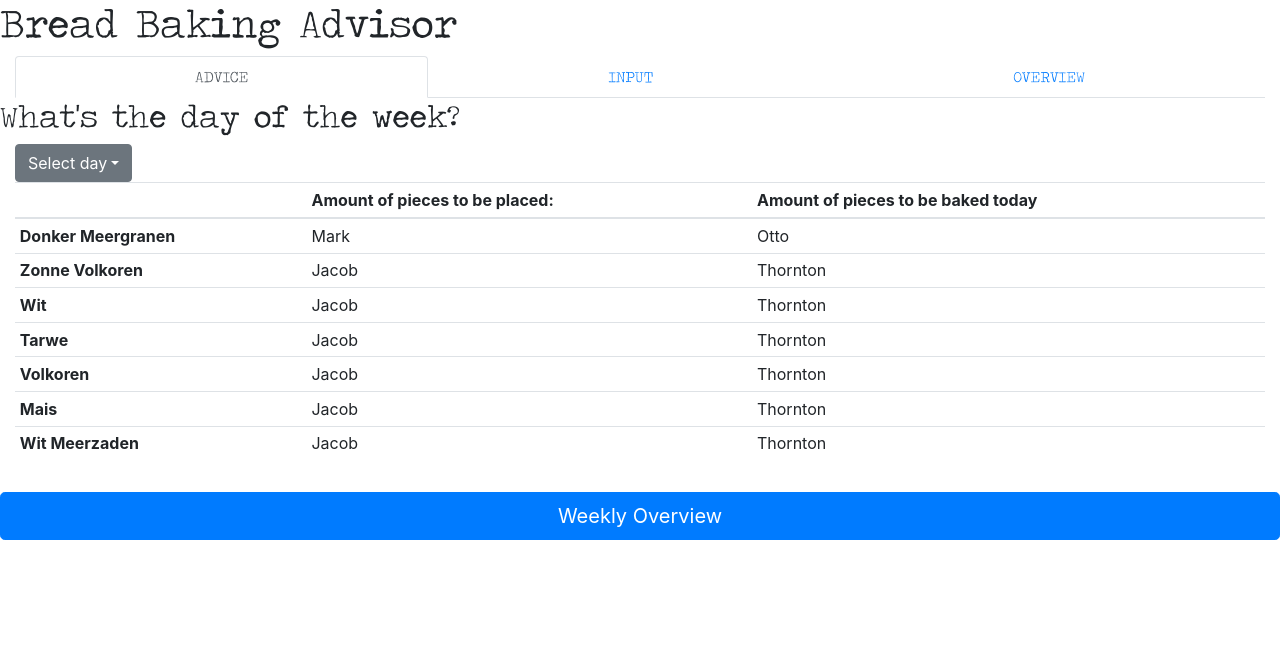
Repository: MarthGimenzo/bread-baking-advisor
Page: index.html
The author's editor kept a record of every edit. The page is drawn from the files as they stood at one moment, then again after the next edit.
The browser window is 1280 px wide. The pictures show the whole page.

Above is the page before.

After the next edit:
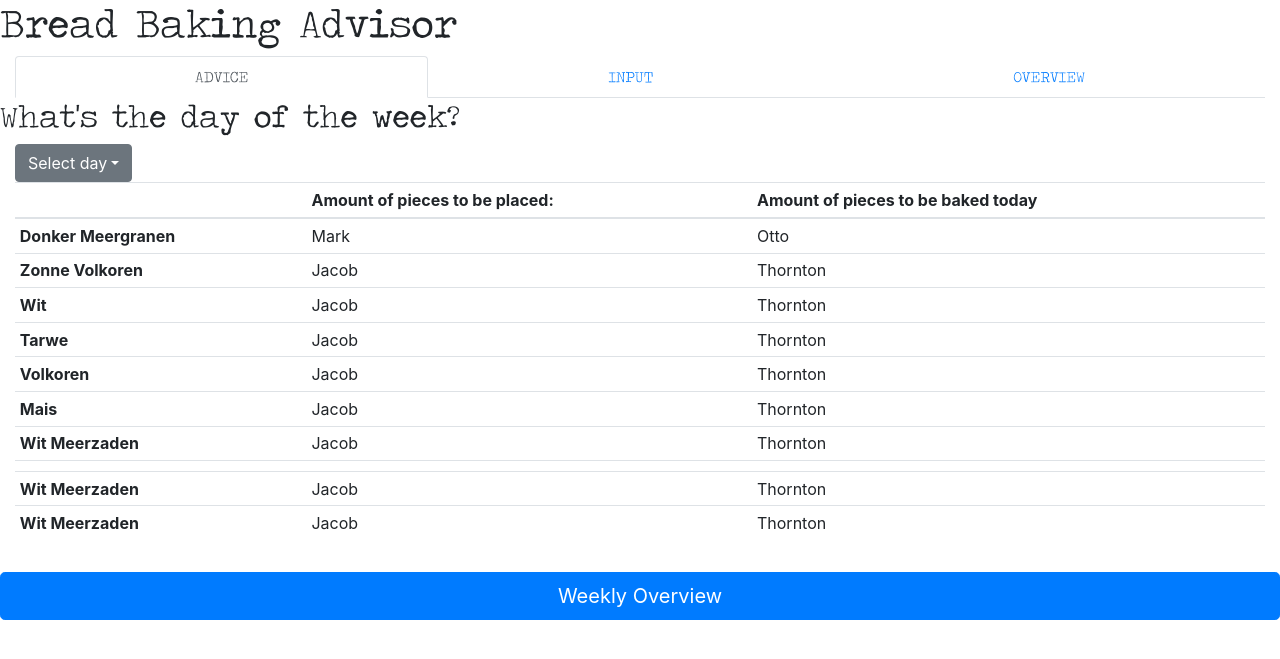
The edit:
--- a/index.html
+++ b/index.html
@@ -89,6 +89,21 @@
                     <td>Jacob</td>
                     <td>Thornton</td>
                 </tr>
+                <tr>
+                    <th scope="row"></th>
+                    <td></td>
+                    <td></td>
+                </tr>
+                <tr>
+                    <th scope="row">Wit Meerzaden</th>
+                    <td>Jacob</td>
+                    <td>Thornton</td>
+                </tr>
+                <tr>
+                    <th scope="row">Wit Meerzaden</th>
+                    <td>Jacob</td>
+                    <td>Thornton</td>
+                </tr>
             </tbody>
         </table>
     </div>
